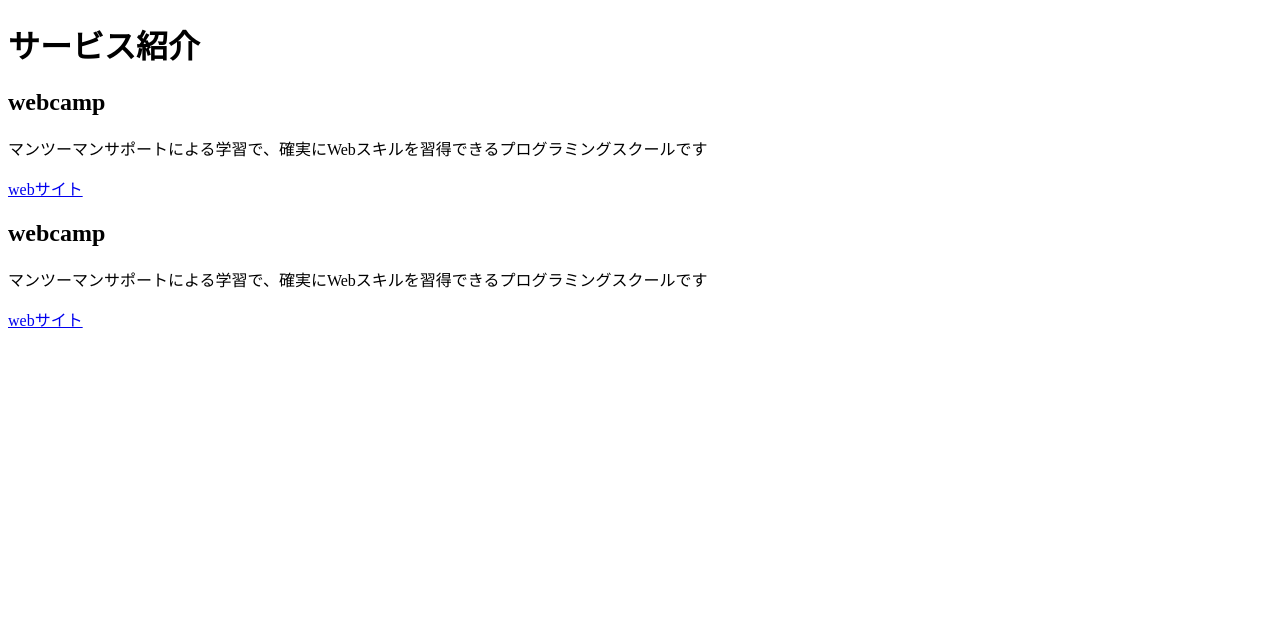
Repository: TsuKou/MainContents
Page: chapter2/chapter2_exercise.html
The author's editor kept a record of every edit. The page is drawn from the files as they stood at one moment, then again after the next edit.
The browser window is 1280 px wide. The pictures show the whole page.

Above is the page before.

### chapter2/chapter2_exercise.html
 <!DOCTYPE html>
<html lang="ja">
  <head>
    <meta charset="UTF-8" />
    <title>chapter2_exercise</title>
  </head>
    <h1>サービス紹介</h1>
    <h2>webcamp</h2>
    <p>マンツーマンサポートによる学習で、確実にWebスキルを習得できるプログラミングスクールです</p>
    <a href="https://web-camp.io/">webサイト</a>

    <h2>webcamp</h2>
    <p>マンツーマンサポートによる学習で、確実にWebスキルを習得できるプログラミングスクールです</p>
    <a href="https://web-camp.io/">webサイト</a>
  <body>

  </body>
</html>

After the next edit:
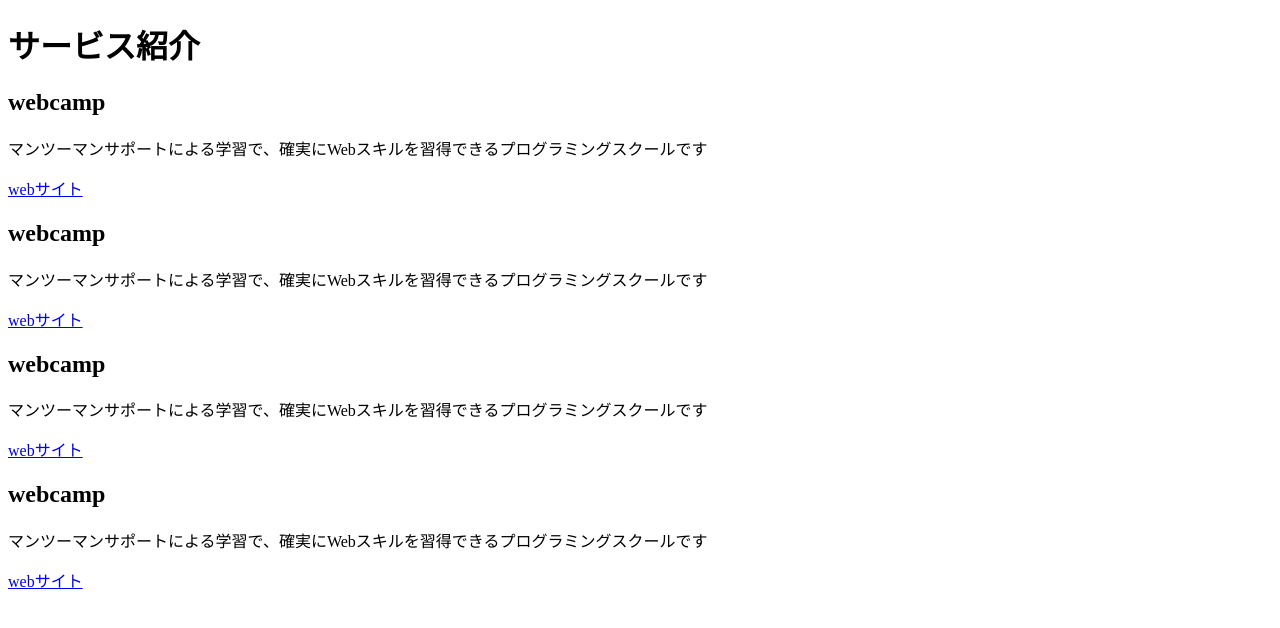
The edit:
--- a/chapter2/chapter2_exercise.html
+++ b/chapter2/chapter2_exercise.html
@@ -12,6 +12,15 @@
     <h2>webcamp</h2>
     <p>マンツーマンサポートによる学習で、確実にWebスキルを習得できるプログラミングスクールです</p>
     <a href="https://web-camp.io/">webサイト</a>
+
+        <h2>webcamp</h2>
+    <p>マンツーマンサポートによる学習で、確実にWebスキルを習得できるプログラミングスクールです</p>
+    <a href="https://web-camp.io/">webサイト</a>
+
+        <h2>webcamp</h2>
+    <p>マンツーマンサポートによる学習で、確実にWebスキルを習得できるプログラミングスクールです</p>
+    <a href="https://web-camp.io/">webサイト</a>
+
   <body>
 
   </body>
